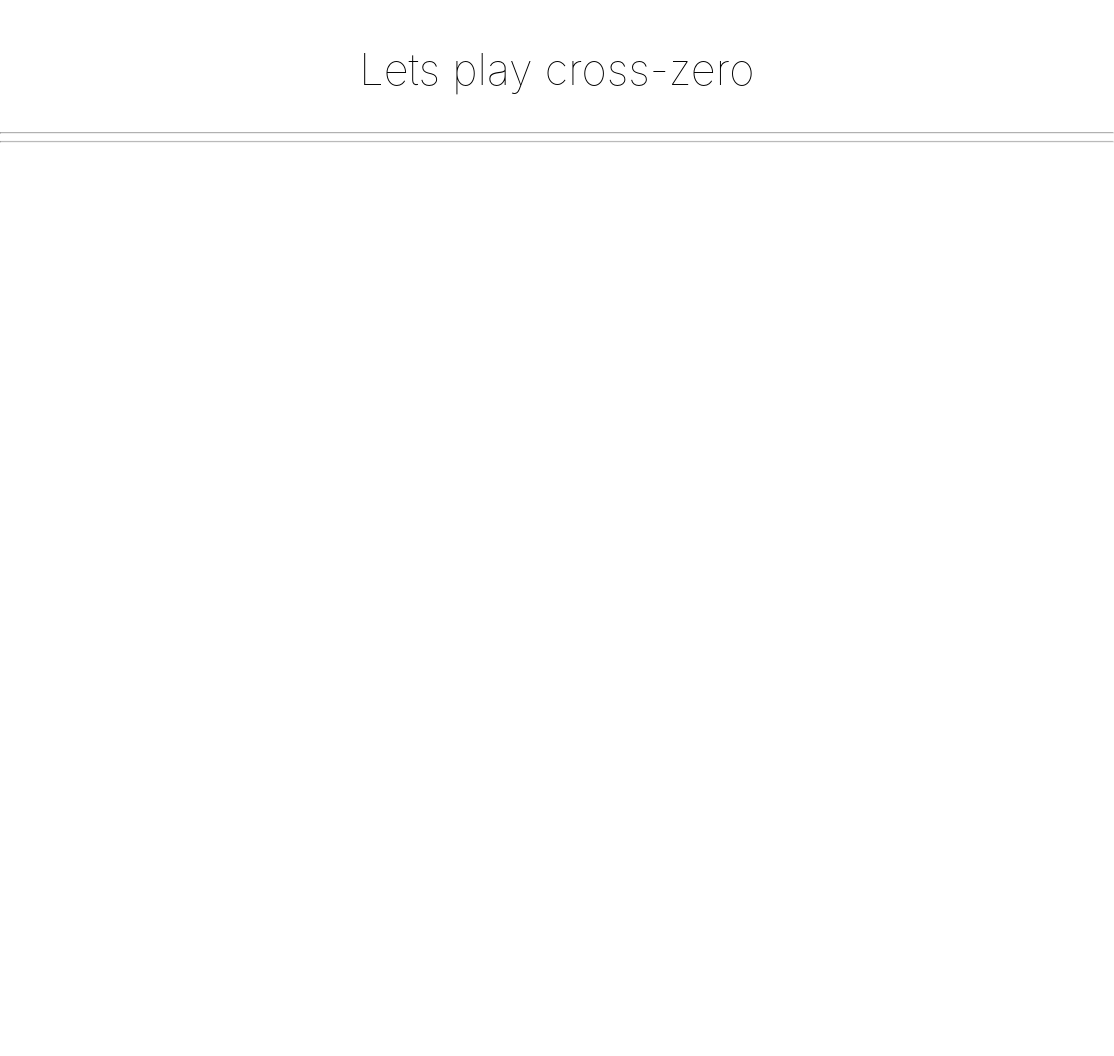
Repository: PGVlasov/cross-zero-game
Page: /
The author's editor kept a copy of each file at every save. The page is drawn from the files as they stood at one save, then again after the next save.
The browser window is 1280 px wide. The pictures show the whole page, at 87% of full size.
The project was rebuilt for these pictures with package versions that can differ from the ones it lists, and the page was loaded fresh each time. Also part of the build but not shown: webpack.config.js, src/Containers/Field/Field.module.css, src/Containers/Field/Field.js.

Above is the page before, as saved 2020-11-26 15:17:33.

After the next save:
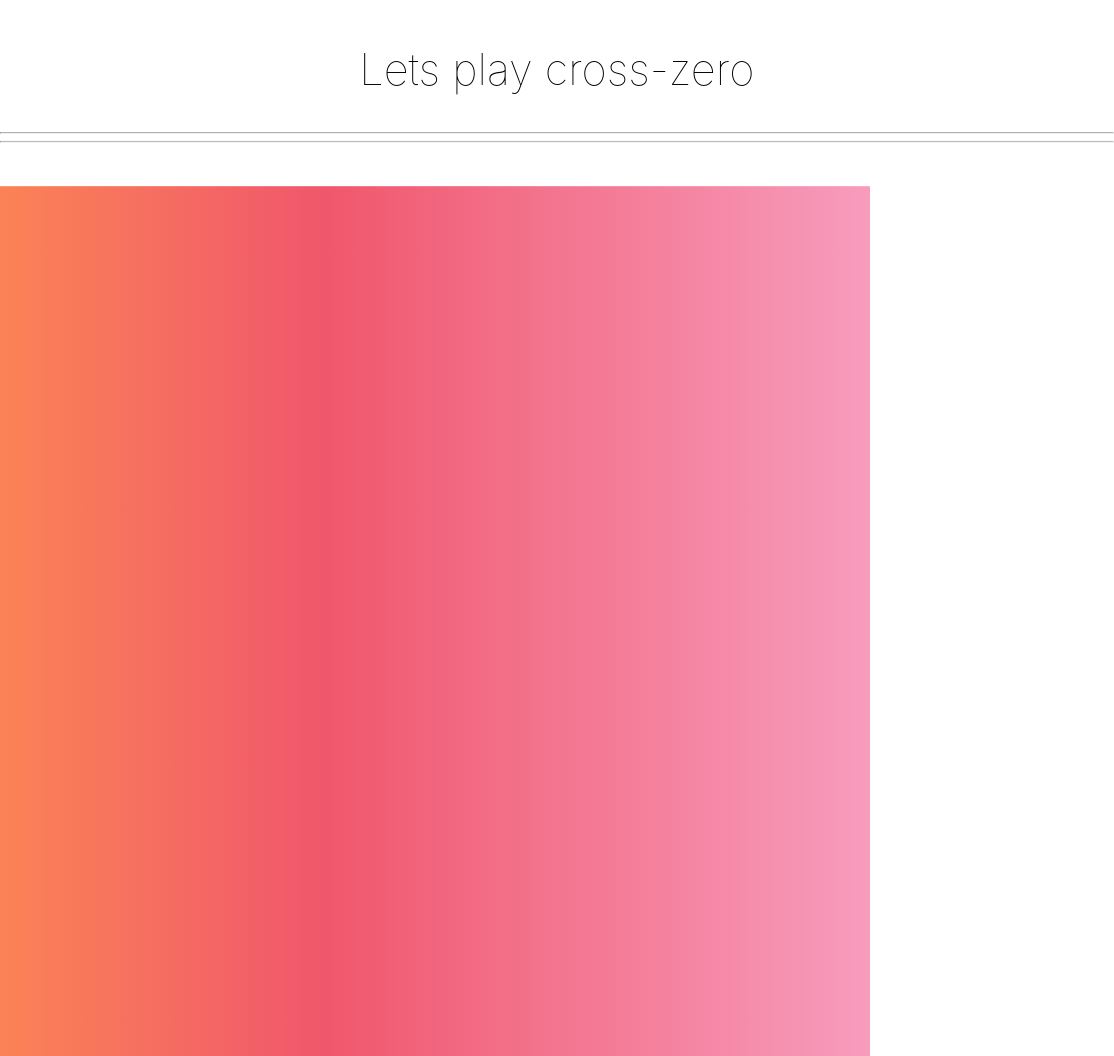
Saved 15 s later.
--- a/src/Containers/Field/Field1.module.css
+++ b/src/Containers/Field/Field1.module.css
@@ -6,6 +6,7 @@
   justify-content: center;
   margin-top: 50px;
   font-size: 500;
+  background: linear-gradient(90deg, #fb8355 0%, #f0576c 37%, #f79cbd 100%);
 }
 
 .Field1 table {
